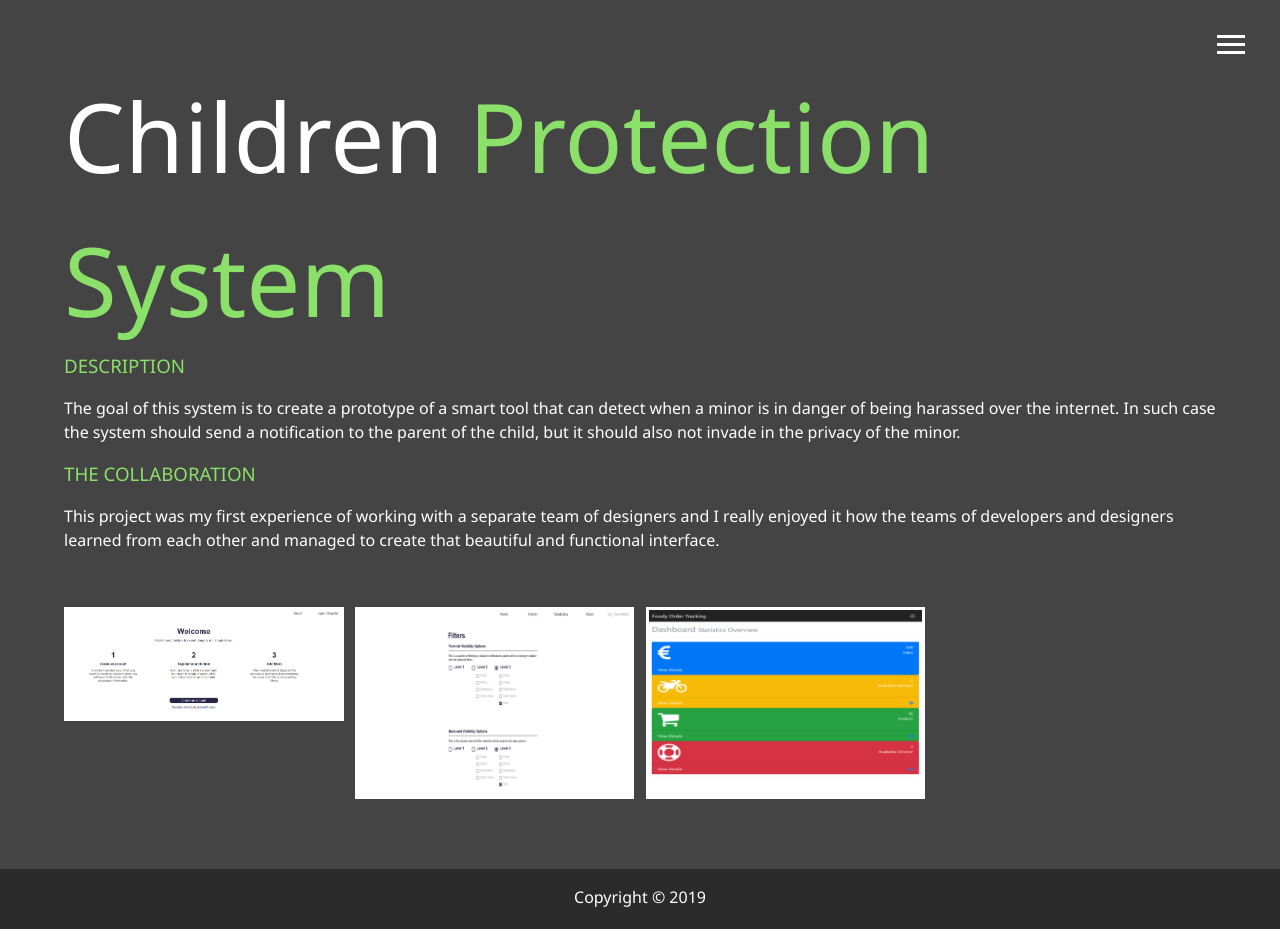
Repository: Preap/portfolio
Page: dist/projects/encase.html
The author's editor kept a copy of each file at every save. The page is drawn from the files as they stood at one save, then again after the next save.
The browser window is 1280 px wide. The pictures show the whole page.
Some web libraries are served in a nearby version.

Above is the page before, as saved 2019-06-06 02:21:31.

After the next save:
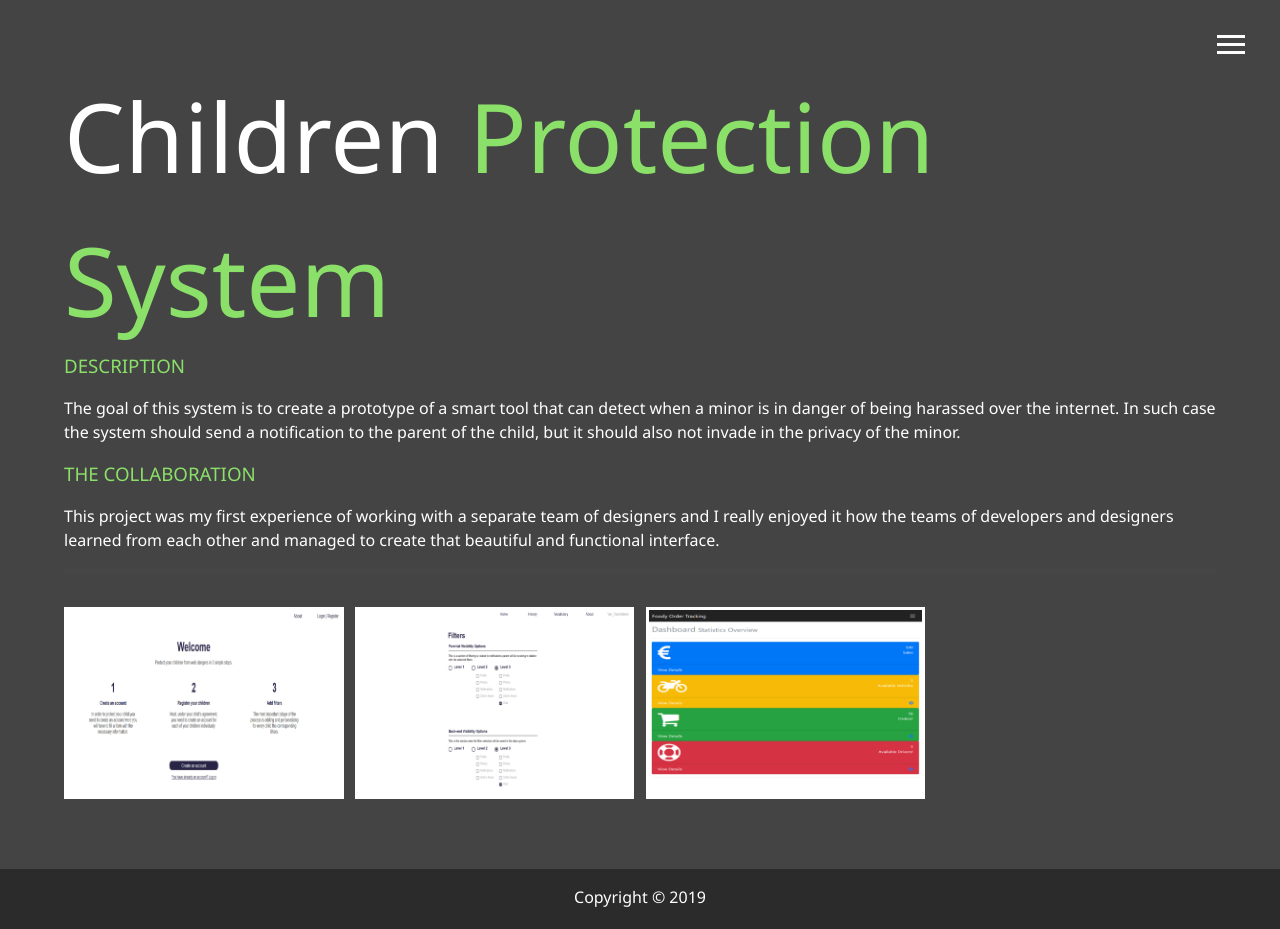
Saved 18 s later.
--- a/dist/projects/encase.html
+++ b/dist/projects/encase.html
@@ -62,7 +62,7 @@
       <div class="projects">
         <div class="item">
           <a href="#!">
-            <img src="../img/projects/encase/image1.PNG" alt="encase_image" />
+            <img src="../img/projects/encase/image1.jpg" alt="encase_image" />
           </a>
         </div>
         <div class="item">
